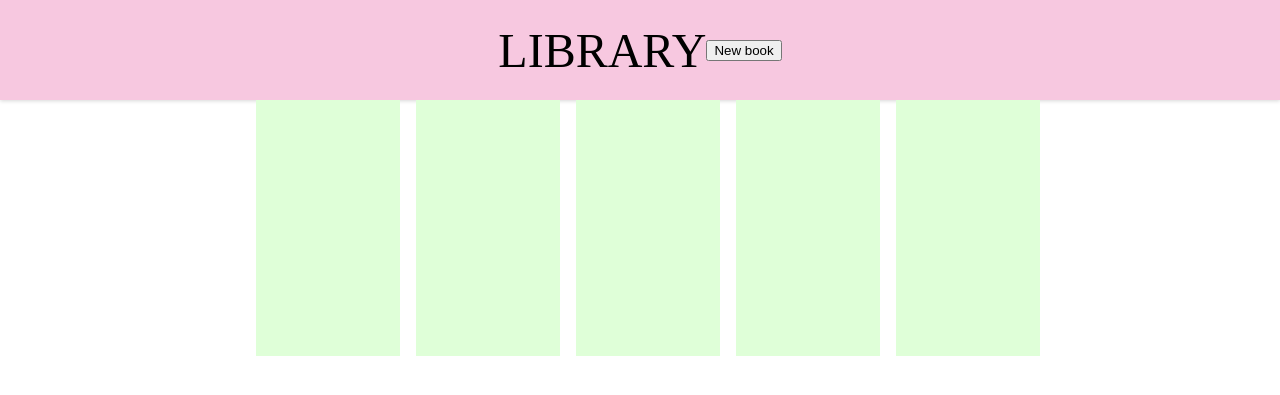
Repository: yeetzpxoci/library
Page: index.html
These files come from the project's save history. The page is drawn as it stood at one moment and after the next save; the edit follows.
The browser window is 1280 px wide. The pictures show the whole page.
Some web fonts or font styles are not loaded; a fallback is used.

Above is the page before, as saved 2023-02-21 14:55:58.

After the next save:
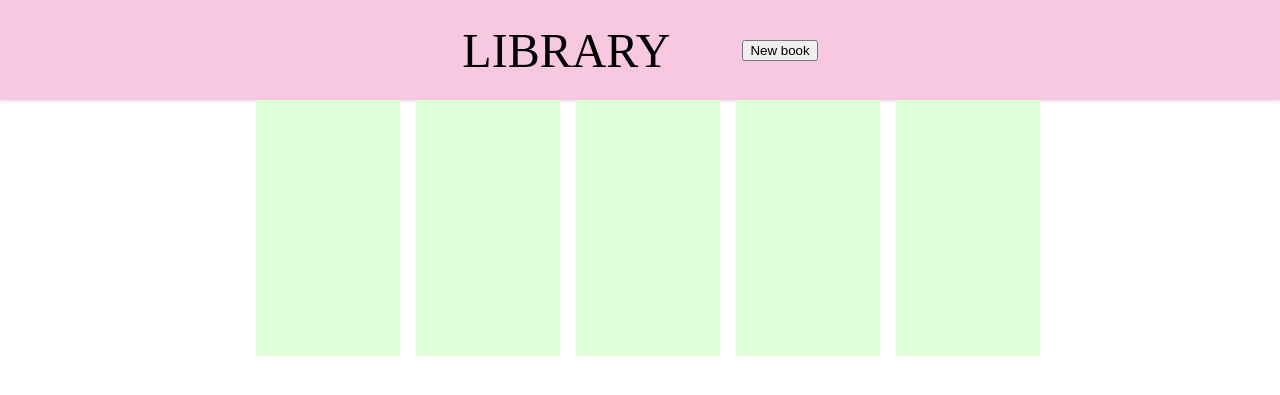
Saved 18 s later.
--- a/styles.css
+++ b/styles.css
@@ -16,6 +16,7 @@
     height: 100px;
     background-color: #F7C8E0;
     box-shadow: rgba(0, 0, 0, 0.16) 0px 1px 4px;
+    gap: 72px;
 }
 
 .header p {
@@ -26,7 +27,7 @@
 }
 
 #addBook {
-
+    margin
 }
 
 #cards {

After the save that followed:
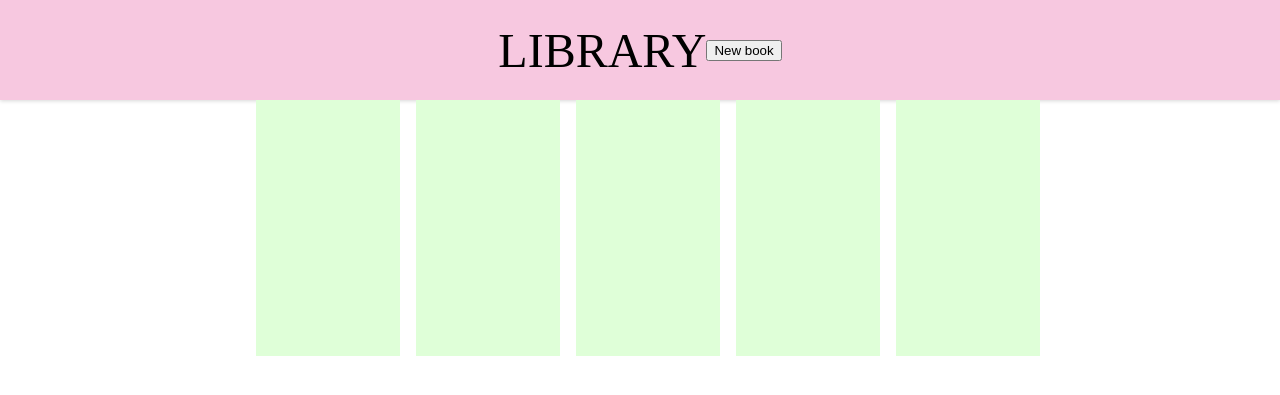
Saved 32 s later.
--- a/styles.css
+++ b/styles.css
@@ -16,7 +16,6 @@
     height: 100px;
     background-color: #F7C8E0;
     box-shadow: rgba(0, 0, 0, 0.16) 0px 1px 4px;
-    gap: 72px;
 }
 
 .header p {
